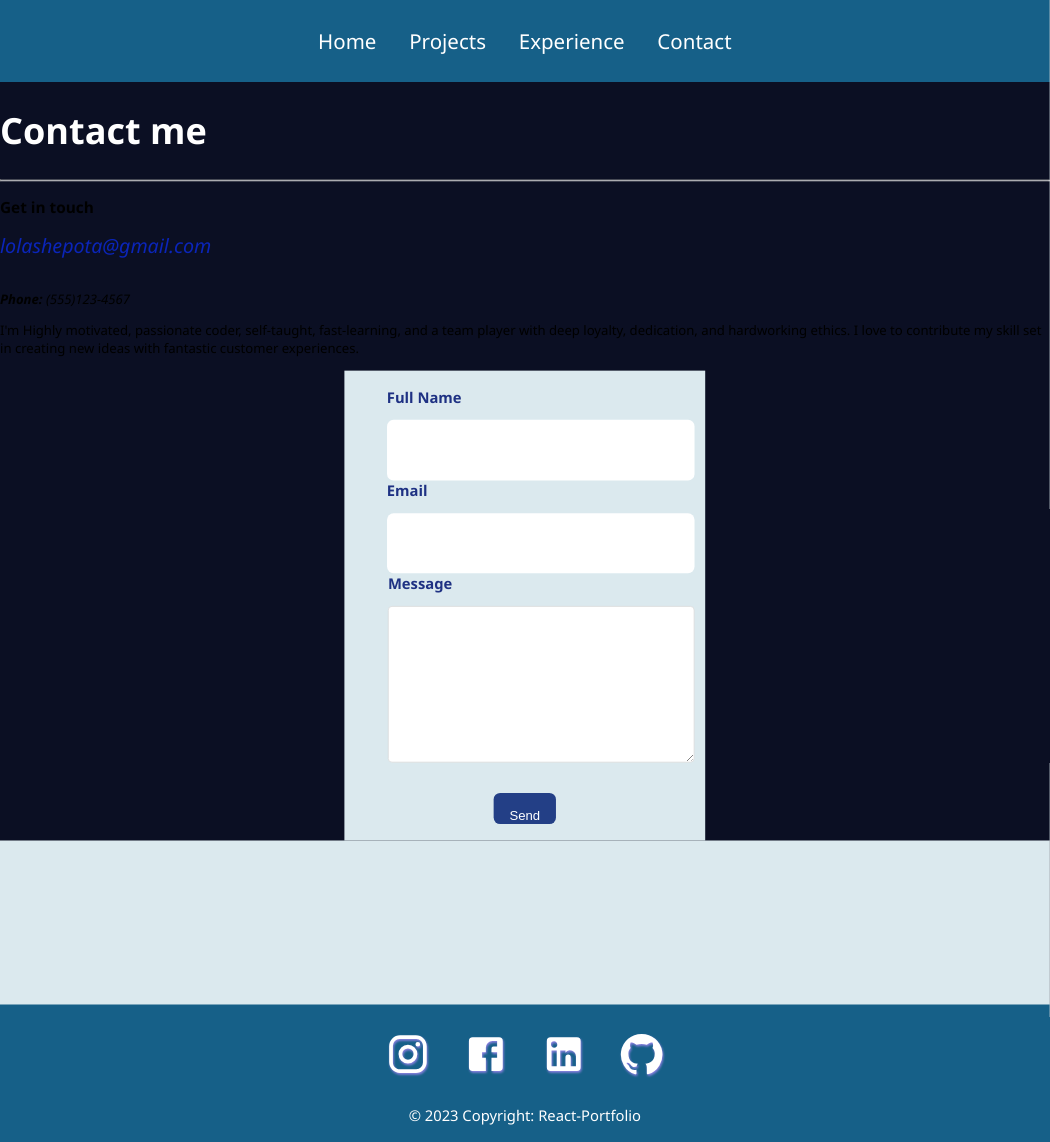
Repository: LolaSL/react-portfolio
Page: /contact
These files come from the project's save history. The page is drawn as it stood at one moment and after a run of saves; the edit follows.
The browser window is 1280 px wide. The pictures show the whole page, at 82% of full size.
The project was rebuilt for these pictures with package versions that can differ from the ones it lists, and the page was loaded fresh each time. Some packages were replaced by stand-ins written for this rebuild. Also part of the build but not shown: src/pages/Home/Style.css, src/pages/Home/Home.jsx, src/components/ProjectItem/Style.css, src/components/ProjectItem/ProjectItem.jsx, src/helpers/ProjectList.js, src/pages/Projects/Style.css, src/pages/Projects/Projects.jsx, src/pages/Experience/Style.css and 2 more.

Above is the page before, as saved 2023-09-27 17:43:40.

### src/App.js
import './App.css';
import { BrowserRouter as Router, Routes, Route } from 'react-router-dom';
import Home from './pages/Home/Home.jsx';
import Projects from './pages/Projects/Projects.jsx';
import Experience from './pages/Experience/Experience.jsx';
import Navbar from "./components/Navbar/Navbar.jsx";
import Footer from './components/Footer/Footer.jsx';
import ProjectDetail from './pages/ProjectDetail/ProjectDetail';
import Contact from './pages/Contact/Contact';


function App() {
  return (
    <div className="App">
      <Router>
      <Navbar />
        <Routes>
          <Route path="/" element={<Home />} />
          <Route path="/projects" element={<Projects />} />
          <Route path="/project/:id" element={<ProjectDetail />} />
          <Route path="/experience" element={<Experience />} />
          <Route path="/contact" element ={<Contact/>}/>
        </Routes>
        <Footer />
      </Router>
    </div>
  );
}

export default App;

### src/App.css
.App {
  width: 100%;
  height: auto;
  display: flex;
  flex-direction: column;
  font-family:'Segoe UI', Tahoma, Geneva, Verdana, sans-serif;
  background-color: #dbe9ee;
}

body {
  margin: 0;
  padding: 0;
}

### src/components/Navbar/Navbar.jsx
import React, { useEffect, useState } from "react";
import { Link, useLocation } from "react-router-dom";
import DehazeIcon from "@mui/icons-material/Dehaze";
import "./Style.css";

const Navbar = () => {
  const [expandNavbar, setExpandNavbar] = useState(false);
  const location = useLocation();
  useEffect(() => {
    setExpandNavbar(false);
  }, [location]);
  return (
    <div className="navbar" id={expandNavbar ? "open" : "close"}>
      <div className="toggleButton">
        <button
          onClick={() => {
            setExpandNavbar((prev) => !prev);
          }}
        >
          <DehazeIcon />
        </button>
      </div>
      <div className="links">
        <Link to="/"> Home </Link>
        <Link to="/projects"> Projects </Link>
        <Link to="/experience"> Experience </Link>
        <Link to="/contact"> Contact </Link>
      </div>
    </div>
  );
};

export default Navbar;

### src/components/Footer/Footer.jsx
import React from "react";
import { Link } from "react-router-dom";
import InstagramIcon from "@mui/icons-material/Instagram";
import FacebookIcon from "@mui/icons-material/Facebook";
import LinkedInIcon from "@mui/icons-material/LinkedIn";
import GitHubIcon from "@mui/icons-material/GitHub";
import "./Style.css";

const Footer = () => {
  return (
    <div className="footer">
      <div className="socialMedia">
        <Link to="https://www.instagram.com">
          <InstagramIcon />
        </Link>
        <Link to="https://www.facebook.com">
          <FacebookIcon />
        </Link>
        <Link to="https://www.linkedin.com/in/lola-s-2aba6340-lo">
          <LinkedInIcon />
        </Link>
        <Link to="https://github.com">
          <GitHubIcon />
        </Link>
      </div>
      <div className="copyright">
        <p>&copy; {new Date().getFullYear()} Copyright: React-Portfolio</p>
      </div>
    </div>
  );
};

export default Footer;

### src/pages/Contact/Contact.jsx
// import React, { useRef } from "react";
// import emailjs from "@emailjs/browser";
// import { Container, Row, Col } from "react-bootstrap";
// import { contactConfig } from "./contactConfig";
// import "./Style.css";

// const ContactForm = () => {
//   const form = useRef();

//   const sendEmail = (e) => {
//     e.preventDefault();

//     emailjs.sendForm("MY_SERVICE", "MY-TEMPLATE", form.current, "MY-KEY").then(
//       (result) => {
//         console.log(result.text);
//         console.log("message sent");
//       },
//       (error) => {
//         console.log(error.text);
//       }
//     );
//   };
//   return (
//     <Container >
//       <Row className="mb-5 mt-3 p-4">
//         <Col lg="8">
//           {" "}
//           <h1 className="display-4 mb-4 text-center">Contact me</h1>
//           <hr className="t_border my-4 ml-0 text-left" />
//         </Col>
//       </Row>
//       <Row className="sec-sp">
//         <Col lg="5" className="mb-5">
//           <h3 className="color_sec py-4">Get in touch</h3>
//           <address>
//             <strong>      <a href={`mailto:${contactConfig.YOUR_EMAIL}`}>
//                 {contactConfig.YOUR_EMAIL}
//               </a></strong>
//               <br />
//               <br />
//               {contactConfig.hasOwnProperty("YOUR_FONE") ? (
//                 <p>
//                   <strong>Phone:</strong> {contactConfig.YOUR_FONE}
//                 </p>
//               ) : (
//                 ""
//               )}
//             </address>
//             <p>{contactConfig.description}</p>
//           </Col>
//         <Col lg="7" className="d-flex align-items-center">
//           <form ref={form} onSubmit={sendEmail} className="contact-form w-100">
//           <Row>
//                 <Col lg="6" className="form-group">
//                   <input
//                     className="form-control"
//                     id="name"
//                     name="name"
//                     placeholder="Name"
//                     type="text"
//                     required
//                   />
//                 </Col>
//                 <Col lg="6" className="form-group">
//                   <input
//                     className="form-control rounded-0"
//                     id="email"
//                     name="email"
//                     placeholder="Email"
//                     type="email"
//                     required
//                   />
//                 </Col>
//               </Row>
//               <textarea
//                 className="form-control rounded-0"
//                 id="message"
//                 name="message"
//                 placeholder="Message"
//                 rows="5"
//                 required
//               ></textarea>
//               <br />
//             <Row>
//               <Col lg="12" className="form-group">
//                 <input
//                   type="submit"
//                   className="btn"
//                   value="Send"
//                   disabled={true}
//                 />
//               </Col>
//             </Row>
//           </form>
//         </Col>
//       </Row>
//     </Container>
//   );
// };

// export default ContactForm;

import React, { useRef } from "react";
import emailjs from "@emailjs/browser";
import { Container, Row, Col } from "react-bootstrap";
import { contactConfig } from "./contactConfig";
import "./Style.css";

const ContactForm = () => {
  const form = useRef();

  const sendEmail = (e) => {
    e.preventDefault();

    emailjs.sendForm("MY_SERVICE", "MY-TEMPLATE", form.current, "MY-KEY").then(
      (result) => {
        console.log(result.text);
        console.log("message sent");
      },
      (error) => {
        console.log(error.text);
      }
    );
  };
  return (
    <Container className="container">
      <Row className="mb-5 mt-3 p-4">
        <Col lg={{ span: 8, offset: 2 }} md={{ span: 10, offset: 1 }}>
          <h1 className="display-4 mb-4 text-center">Contact me</h1>
          <hr className="t_border my-4 ml-0 text-left" />
        </Col>
      </Row>
      <Row className="sec-sp">
        <Col lg={5} md={6} className="mb-5">
          <h3 className="color_sec py-4">Get in touch</h3>
          <address>
            <strong>
              <a href={`mailto:${contactConfig.YOUR_EMAIL}`}>
                {contactConfig.YOUR_EMAIL}
              </a>
            </strong>
            <br />
            <br />
            {contactConfig.hasOwnProperty("YOUR_FONE") ? (
              <p>
                <strong>Phone:</strong> {contactConfig.YOUR_FONE}
              </p>
            ) : (
              ""
            )}
          </address>
          <p>{contactConfig.description}</p>
        </Col>
        <Col lg={7} md={6} className="d-flex align-items-center">
          <form ref={form} onSubmit={sendEmail} className="contact-form w-100">
            <Row className="w-100">
              <Col lg={6} md={6} sm={12} className="form-group">
                <label htmlFor="name">Full Name</label>
                <input
                  className="form-control"
                  id="name"
                  name="name"
                  type="text"
                  required
                />
              </Col>
              <Col lg={6} md={6} sm={12} className="form-group">
                <label htmlFor="email">Email</label>
                <input
                  className="form-control rounded-0"
                  id="email"
                  name="email"
                  type="email"
                  required
                />
              </Col>
            </Row>
            <Row className="w-100">
              <Col lg={12} md={12} sm={12} className="form-group">
                <label htmlFor="message">Message</label>
                <textarea
                  className="form-control rounded-0"
                  id="message"
                  name="message"
                  rows="5"
                  required
                ></textarea>
              </Col>
            </Row>
            <Row className="w-100">
              <Col lg={12} md={12} sm={12} className="form-group ">
                <input
                  type="submit"
                  className="btn btn-primary"
                  value="Send"
                  disabled={false}
                />
              </Col>
            </Row>
          </form>
        </Col>
      </Row>
    </Container>
  );
};

export default ContactForm;

### src/components/Navbar/Style.css
.navbar {
  width: 100%;
  height: 100px;
  background: #166088;
}

.links {
  width: 100%;
  height: 100%;
  display: flex;
  align-items: center;
  justify-content: center;
  color: white;
}

.navbar a {
  color: white;
  text-decoration: none;
  margin: 20px;
  font-size: 25px;
}

.toggleButton {
  width: 100%;
  height: 100px;
  display: flex;
  align-items: center;
  justify-content: flex-end;
}

.toggleButton svg {
  font-size: 50px;
}
.toggleButton button {
  margin-right: 20px;
  padding: 8px;
  background-color: transparent;
  border: none;
  color: white;
  cursor: pointer;
}

#open {
  height: 100vh;
}

#open .links {
  flex-direction: column;
  justify-content: flex-start;
  margin-top: 100px;
}

#open a {
  width: 100%;
  text-align: center;
}

@media only screen and (max-width: 900px) {
  .navbar a {
    width: 600px;
  }
}

@media only screen and (max-width: 600px) {
  .toggleButton {
    display: flex;
  }
  #close a {
    display: none;
  }
}

@media only screen and (min-width: 600px) {
  .toggleButton {
    display: none;
  }

  .hiddenLinks {
    display: none;
  }

  #open {
    height: 100px;
  }

  #open .links {
    flex-direction: row;
  }
}

### src/components/Footer/Style.css
.footer {
    width: 100%;
    height: 155px;
    background: #166088;
    display: flex;
    justify-content: center;
    align-items: center;
    flex-direction: column;
    padding-top: 10px;
    margin-top: 200px;
    position: related;
    bottom: 0;
    left: 0;
    right: 0;
  }
  .footer{
    height: 22vh;
  }
  .socialMedia svg{
    color: white;
    margin: 20px;
    font-size: 55px;
    cursor: pointer;
    margin-bottom: 10px;
  }
  .socialMedia svg:hover{
    color: #e76972;
    margin: 20px;
    font-size: 55px;
    cursor: pointer;
    margin-bottom: 10px;
    background-color: transparent;
    transition: all ease 0.3s;
    border: none;
    text-shadow: 0 0 0.625em #d83535;
  }
.copyright p{
    color: white;
    font-size: 18px;
  }

  @media only screen and (max-width: 600px) {
    .footer svg {
      font-size: 50px;
    }
    .copyright p{
      font-size: 16px;
    }
  }

### src/pages/ProjectDetail/Style.css
.project {
  width: 100%;
    height: auto;
    display: flex;
    justify-content: center;
    align-items: center;
    flex-direction: column;
    color: #3e497a;
}

.project  h1 {
  text-align: center;
  color: #3e497a;
  font-size:50px;
  font-weight: bolder;
  margin-top: 30px

}
.project img {
  max-width: 700px;
  border-radius: 10px;
  margin-bottom: 40px;
}

.project h3 {
  font-size: 1.7rem;
  color: #3e497a;
  padding: 50px;
  text-align: justify;
}
a {
  text-decoration: none;
  color: rgb(11, 37, 185);
  font-weight: normal;
  font-size: 24px;
}
a:hover {
  text-decoration: none;
   color: #e76972;
  font-weight: bold;
  transition: all ease 0.3s;
  font-size: 24px;
  cursor: pointer;
  text-shadow: 0 0 0.625em #d83535;
}
.project svg {
  font-size: 60px;
  color: #3e497a;
}
.project svg:hover {
  color: #2d2d84;
  cursor: pointer;
}
svg {
  filter: drop-shadow(1px 2px 1px rgb(144, 130, 227));
}
@media only screen and (max-width: 1300px) {
  .project img {
    max-width: 500px;
    border-radius: 8px;
  }
  .project h1 {
    font-size: 1.8rem;
  }
  .project h3 {
    font-size: 1.4rem;
  }
}

@media only screen and (max-width: 800px) {
  .project img {
    max-width: 374px;
    border-radius: 6px;
  }
  .project h1 {
    font-size:37px;
    text-align: center;
    color: #3e497a;
  }
  .project h3 {
    font-size: 1.3rem;
  }

}

### src/pages/Contact/contactConfig.js
// const contactConfig = {
//     description: "I'm Highly motivated, passionate coder, self-taught, fast-learning, and a team player with deep loyalty, dedication, and hardworking ethics. I love to contribute my skill set in creating new ideas with fantastic customer experiences."
// }
// export {
//     contactConfig
// }
const logotext = 'Lola Shepota';
const meta = {
    title: 'Lola Shepota',
    description:
        "I'm Highly motivated, passionate coder, Full-Stact Junior. ",
};

const introdata = {
    title: 'I’m John Doe',
    animated: {
        first: 'I love coding',
        second: "I'm creating new ideas with fantastic customer experiences",
        third: 'A team player with deep loyalty',
    },
    description:
        "I'm self-taught, fast-learning, and  dedication, and hardworking ethics. I love contributing my skills to code websites.",
    your_img_url: 'https://avatars.githubusercontent.com/u/67796082?v=4',
};

const dataabout = {
    title: 'About my self',
    aboutme:
        'Lorem ipsum dolor sit amet, consectetur adipiscing elit. Praesent quis dolor id ligula semper elementum feugiat pretium nulla. Nunc non commodo dolor. Nunc mollis dignissim facilisis. Morbi ut magna ultricies.',
};
const worktimeline = [
    {
        jobtitle: 'Designer of week',
        where: 'YAdfi',
        date: '2020',
    },
    {
        jobtitle: 'Designer of week',
        where: 'Jamalya',
        date: '2019',
    },
    {
        jobtitle: 'Designer of week',
        where: 'ALquds',
        date: '2019',
    },
];



const services = [
    {
        title: 'UI & UX Design',
        description:
            'Lorem ipsum dolor sit amet, consectetur adipiscing elit. Sed at nisl euismod urna bibendum sollicitudin.',
    },
    {
        title: 'Mobile Apps',
        description:
            'Lorem ipsum dolor sit amet, consectetur adipiscing elit. Sed at nisl euismod urna bibendum sollicitudin.',
    },
    {
        title: 'Wordpress Design',
        description:
            'Lorem ipsum dolor sit amet, consectetur adipiscing elit. Sed at nisl euismod urna bibendum sollicitudin.',
    },
];

const contactConfig = {
    YOUR_EMAIL: 'lolashepota@gmail.com',
    YOUR_FONE: '(555)123-4567',
    description:
        "I'm Highly motivated, passionate coder, self-taught, fast-learning, and a team player with deep loyalty, dedication, and hardworking ethics. I love to contribute my skill set in creating new ideas with fantastic customer experiences.",
    YOUR_SERVICE_ID: 'service_id',
    YOUR_TEMPLATE_ID: 'template_id',
    YOUR_USER_ID: 'user_id',
};


export {
    meta,
    dataabout,
    worktimeline,
    services,
    introdata,
    contactConfig,
    logotext,
};

### src/pages/Contact/Style.css
.container {
  background-color:#0b0f23
}
.contact-form {
  max-width: 400px;
  margin: 0 auto;
  padding: 20px;
  background-color: #dbe9ee;
  display: flex;
  flex-direction: column;
  align-items: center;
  color: #1e3183;
  font-size: 18px;
  font-weight: 600;


}
h1{
  font-size: 44px;
 color: white;


}
  input {
    width: 100%;
    height: 35px;
    padding: 9px;
    outline: none;
    border-radius: 5px;
    border: 1px solid rgb(220, 220, 220);

    &:focus {
      border: 2px solid rgba(0, 206, 158, 1);
    }
  }
  input,
  textarea {
    width: 100%;
    font-size: 1rem;
    padding: 1.2rem;
    color: grey;
    background-color: dark;
    outline: none;
    border: none;
    border-radius: 8px;
    margin-top: 1rem;
  }
  textarea {
   width: 100%;
    max-height: 100px;
    border-radius: 8px;
    padding: 1.2rem;
    outline: none;
    border-radius: 5px;
    border: 1px solid rgb(220, 220, 220);
    min-height:150px;
    resize: vertical;
    &:focus {
      border: 2px solid rgba(0, 206, 158, 1);
    }
  }

  input[type="submit"] {
    margin-top: 2rem;
    cursor: pointer;
    background: #233f86;
    color: white;
    border: none;
    width: 100%;
  }
  input:hover[type="submit"] {
    margin-top: 2rem;
    cursor: pointer;
    background: #e76972;
    color: white;
    border: none;
  }

/*
  .form-group {
    width: 100%;
    margin-bottom: 2rem;
  }
  label {
    font-size: 1.8rem;
  }
  input,
  textarea {
    width: 100%;
    font-size: 2rem;
    padding: 1.2rem;
    color: var(--gray-1);
    background-color: var(--deep-dark);
    outline: none;
    border: none;
    border-radius: 8px;
    margin-top: 1rem;
  }
  textarea {
    min-height: 250px;
    resize: vertical;
  }
  button[type='submit'] {
    background-color: var(--gray-1);
    color: var(--black);
    font-size: 2rem;
    display: inline-block;
    outline: none;
    border: none;
    padding: 1rem 4rem;
    border-radius: 8px;
    cursor: pointer;
  } */

Loaded but not shown: public/index.html (common file); src/index.js (common file); src/reportWebVitals.js (common file)

After the next 2 saves:
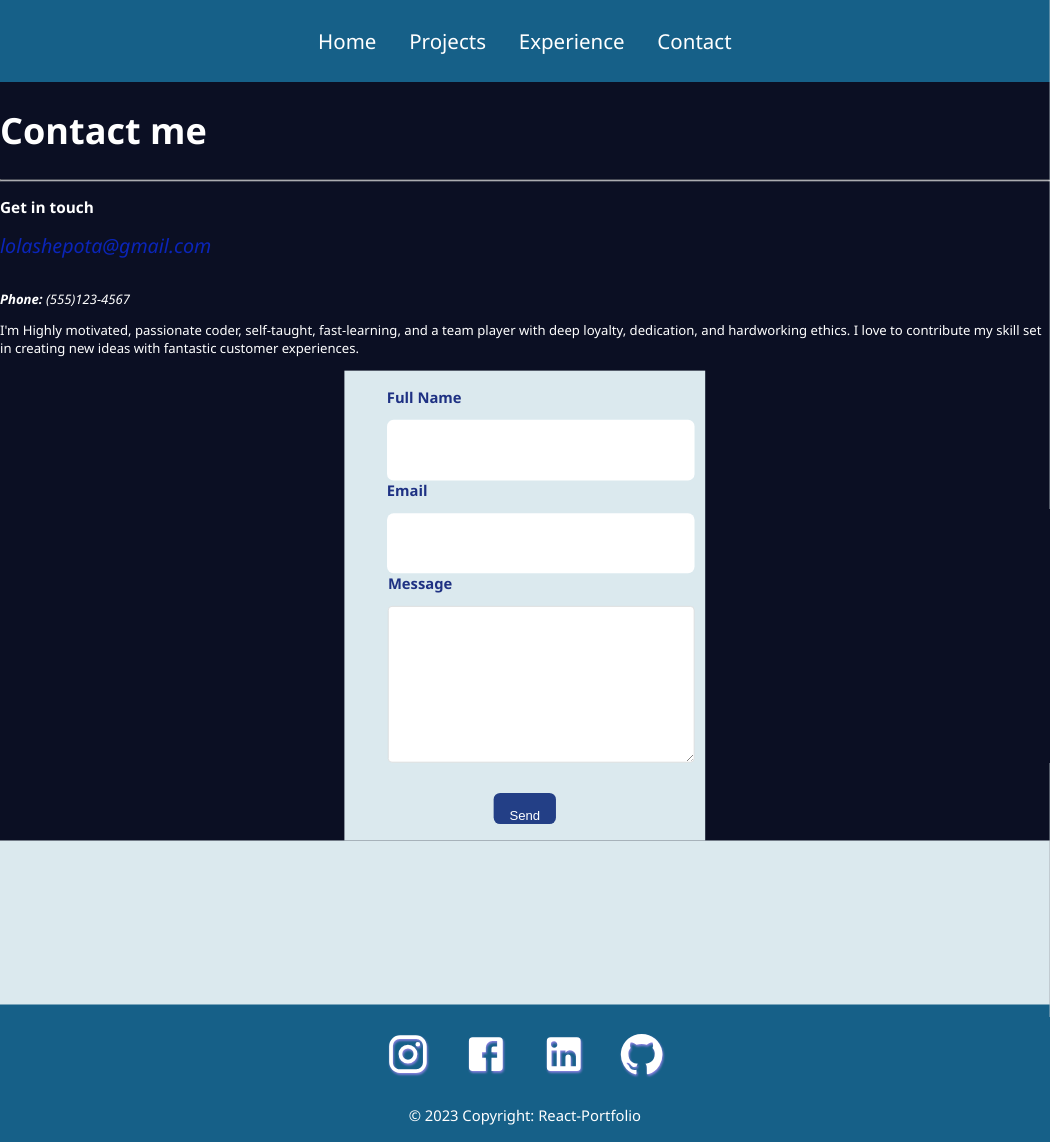
The 2 saves are shown as one change because 1 did not build or start.
The last was saved 18 s later.
--- a/src/pages/Contact/Style.css
+++ b/src/pages/Contact/Style.css
@@ -1,5 +1,6 @@
 .container {
-  background-color:#0b0f23
+  background-color:#0b0f23;
+  color:white;
 }
 .contact-form {
   max-width: 400px;
